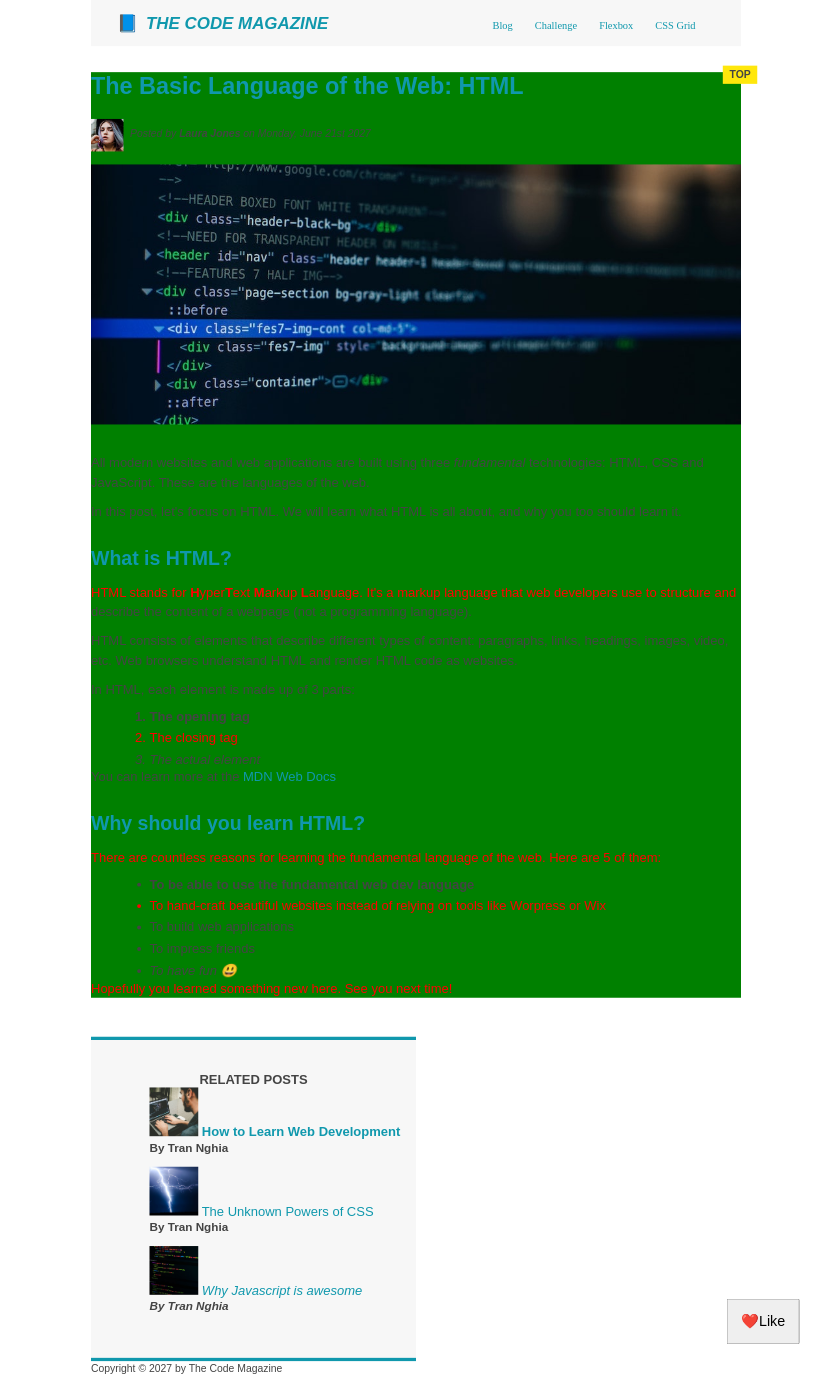
Repository: nghiakma/HTML-CSS-Fundamental
Page: HTML/index.html
The author's editor kept a copy of each file at every save. The page is drawn from the files as they stood at one save, then again after the next save.
The browser window is 1280 px wide. The pictures show the whole page, at 65% of full size.

Above is the page before, as saved 2023-08-22 15:52:36.

### HTML/index.html
<!DOCTYPE html>
<html lang="en">

<head>
  <meta charset="UTF-8">
  <meta name="viewport" content="width=device-width, initial-scale=1.0">
  <title>The Basic Language of the web: HTML</title>
  <link rel="stylesheet" href="/CSS/index.css">
  <link rel="stylesheet" href="/CSS/layout.css">
</head>

<body>

  <div class="container">
    <header class="main-header clearfix">
      <h1>📘 The Code Magazine</h1>
      <nav>
        <a href="#">Blog</a>
        <a href="#">Challenge</a>
        <a href="#">Flexbox</a>
        <a href="#">CSS Grid</a>
      </nav>
      <!-- <div class="clear"></div> -->
    </header>

    <article>
      <header class="post-header">
        <h2>The Basic Language of the Web: HTML</h2>
        <img class="author-img" src="./laura-jones.jpg" alt="Headshot of Laura Jones" height="50" width="50">
        <p id="author" class="author">
          Posted by <strong>Laura Jones</strong> on Monday, June 21st 2027</p>
        <img class="post-img" src="./post-img.jpg" alt="HTML code on a screen" width="500" height="200">
      </header>
      <p>
        All modern websites and web applications are built using three <em>fundamental</em> technologies: HTML, CSS and
        JavaScript.
        These are the languages of the web.
      </p>
      <p>
        In this post, let's focus on HTML. We will learn what HTML is all about, and why you too should learn it.
      </p>
      <h3>What is HTML?</h3>
      <p>
        HTML stands for <strong>H</strong>yper<strong>T</strong>ext <strong>M</strong>arkup <strong>L</strong>anguage.
        It's
        a markup language that web developers use to structure and describe
        the content of a webpage (not a programming language).
      </p>
      <p>
        HTML consists of elements that describe different types of content: paragraphs, links, headings, images, video,
        etc.
        Web browsers understand HTML and render HTML code as websites.
      </p>
      <p>In HTML, each element is made up of 3 parts:</p>
      <ol>
        <li>The opening tag</li>
        <li>The closing tag</li>
        <li>The actual element</li>
      </ol>
      <p>You can learn more at the <a href="https://developer.mozilla.org/en-US/docs/Web/HTML" target="_blank">MDN Web
          Docs</a></p>
      <h3>Why should you learn HTML?</h3>
      <p>There are countless reasons for learning the fundamental language of the web. Here are 5 of them:</p>
      <ul>
        <li>To be able to use the fundamental web dev language</li>
        <li>To hand-craft beautiful websites instead of relying on tools like Worpress or Wix</li>
        <li>To build web applications</li>
        <li>To impress friends</li>
        <li>To have fun 😃</li>
      </ul>
      <p>Hopefully you learned something new here. See you next time!</p>
    </article>

    <!--Thuong duoc su dung de bo sung thong tin cho trang chinh
  Xác định nội dung nằm bên cạnh nội dung của trang-->
    <aside>
      <h4>Related posts</h4>

      <ul class="related">
        <li>
          <img src="./related-1.jpg" alt="Person programming" width="75" height="75">
          <a href="#">How to Learn Web Development</a>
          <p class="related-author">By Tran Nghia</p>
        </li>
        <li>
          <img src="./related-2.jpg" alt="Powers" width="75" height="75">
          <a href="#">The Unknown Powers of CSS</a>
          <p class="related-author">By Tran Nghia</p>
        </li>
        <li>
          <img src="./related-3.jpg" alt="Javascript" width="75" height="75">
          <a href="#">Why Javascript is awesome</a>
          <p class="related-author">By Tran Nghia</p>
        </li>
      </ul>
    </aside>

    <footer>
      <p id="copyright">Copyright &copy; 2027 by The Code Magazine</p>
    </footer>
  </div>

  <button>❤️Like</button>
</body>

</html>

### CSS/index.css
* {
  box-sizing: border-box;
  margin: 0;
}
body {
  position: relative;
}
h1,
h2,
h3,
h4,
p,
li {
  font-family: sans-serif;
  color: #444;
}
h1,
h2,
h3 {
  color: #1098ad;
}
h1 {
  font-size: 26px;
  text-transform: uppercase;
  font-style: italic;
}
h1::first-letter {
  font-style: normal;
  margin-right: 5px;
}
h2::after {
  content: "TOP";
  background-color: #ffe70c;
  color: #444;
  font-size: 16px;
  font-weight: bold;
  display: inline-block;
  padding: 5px 10px;
  position: absolute;
  top: -10px;
  right: -25px;
}

h2 {
  font-size: 36px;
  margin-bottom: 30px;

  position: relative;
}
h2::first-letter {
  /* font-size: 80px; */
}
h3 {
  font-size: 30px;
  margin-bottom: 20px;
  margin-top: 40px;
}
h4 {
  font-size: 20px;
  text-transform: uppercase;
  text-align: center;
}
p {
  font-size: 20px;
  line-height: 1.5;
  margin-bottom: 15px;
}
/*Lay thang lien ke h3*/
h3 + p::first-line {
  color: red;
}
ul,
ol {
  margin-left: 50px;
}
li {
  font-size: 20px;
  margin-bottom: 10px;
}
li:last-child {
  margin-bottom: 0;
}
/* footer p {
  font-size: 16px;
} */
/* article header p {
  font-style: italic;
} */

#author {
  font-style: italic;
  font-size: 16px;
}
#copyright {
  font-size: 16px;
}
.related-author {
  font-size: 18px;
  font-weight: bold;
}
.related {
  list-style: none;
}
/*Le trai va phai giong nhau: tinh toan tu dong boi trinh duyet*/
.container {
  width: 1000px;
  /* margin-left: auto;
  margin-right: auto; */
  margin: 0 auto;
}
.main-header {
  background-color: #f7f7f7;
  /* padding: 20px;
  padding-left: 20px;
  padding-right: 40px; */
  padding: 20px 40px;
  margin-bottom: 40px;
}
article {
  margin-bottom: 60px;
}
.post-header {
  margin-bottom: 40px;
}
/*dung height: auto ; dua ti le khung hinh ve nhu ban dau*/
.post-img {
  width: 100%;
  height: auto;
}
aside {
  background-color: #f7f7f7;
  border-top: 5px solid #1098ad;
  border-bottom: 5px solid #1098ad;
  padding: 50px 0;
  width: 500px;
}
li:first-child {
  font-weight: bold;
}
li:last-child {
  font-style: italic;
}
li:nth-child(2) {
  color: red;
}
article p:last-child {
  color: red;
}
a:link {
  color: #1098ad;
  text-decoration: none;
}
a:visited {
  color: #1098ad;
}
a:hover {
  color: orangered;
  font-weight: bold;
  text-decoration: underline orangered;
}
a:active {
  background-color: black;
  font-style: italic;
}
nav {
  font-size: 16px;
  text-align: center;
}
nav a:link {
  /* background-color: orangered;
  margin: 20px;
  padding: 20px;
  display: block; */
  margin-right: 30px;
  margin-top: 10px;
  display: inline-block;
}
button {
  font-size: 22px;
  padding: 20px;
  cursor: pointer;
  position: absolute;
  /* top: 0;
  left: 0; */
  /* bottom: 0;
  left: 0; */
  /* top: 50px;
  left: 50px; */
  bottom: 50px;
  right: 50px;
}

### CSS/layout.css
.author-img {
  float: left;
  margin-bottom: 20px;
}
.author {
  float: left;
  margin-left: 10px;
  padding-top: 10px;
}
h1 {
  float: left;
}
/*khong con noi dung nua chieu cao = 0*/
/*Phan tu header se bien mat vi nhung phan tu h1 va nav se dc tha noi va nhu the nhung phan tu nay ko con tren trang nua*/
nav {
  float: right;
}
/*Cach khac phuc: clearing floats, xoa di phan tu noi
ap dung clearfix cho mot phan tu dam bao phan tu do khong bi anh huong boi cac phan tu da su dung float
tao ra mot phan tu con trong header noi dung rong
*/
.clearfix::after {
  content: "";
  clear: both;
  display: block;
}
article {
  background-color: green;
}

After the next save:
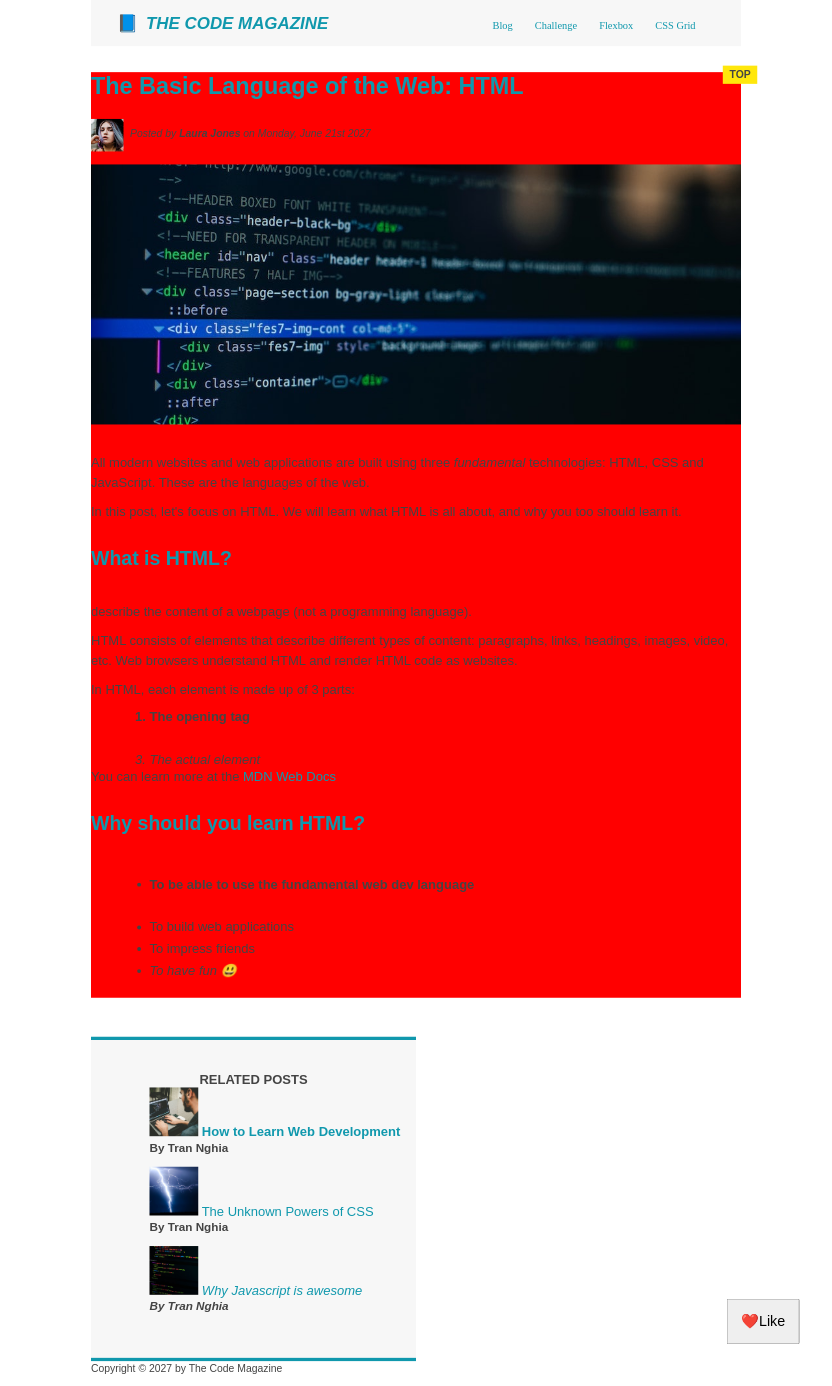
Saved 18 s later.
--- a/CSS/layout.css
+++ b/CSS/layout.css
@@ -25,5 +25,5 @@
   display: block;
 }
 article {
-  background-color: green;
+  background-color: red;
 }

After the save that followed:
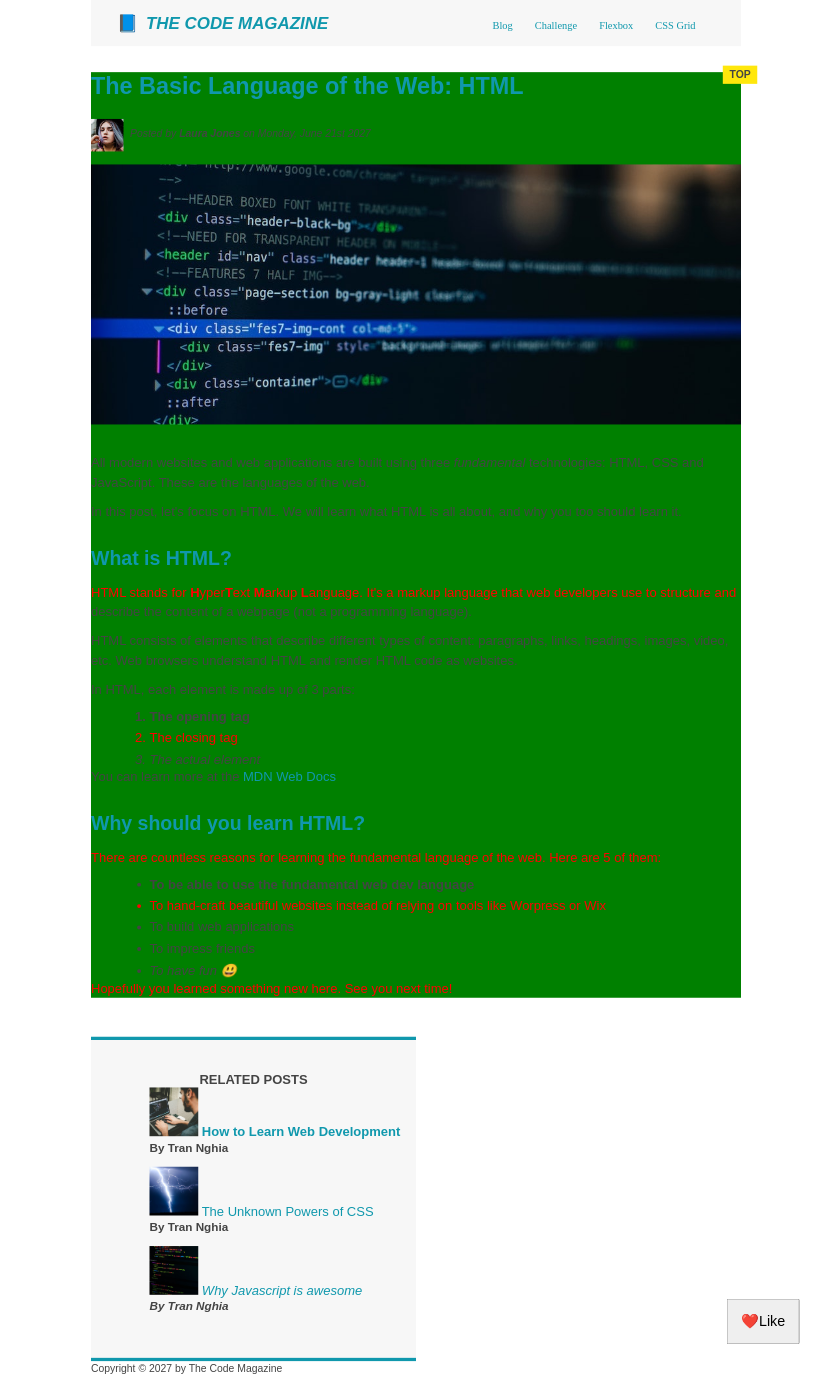
Saved 6 s later.
--- a/CSS/layout.css
+++ b/CSS/layout.css
@@ -25,5 +25,5 @@
   display: block;
 }
 article {
-  background-color: red;
+  background-color: green;
 }
